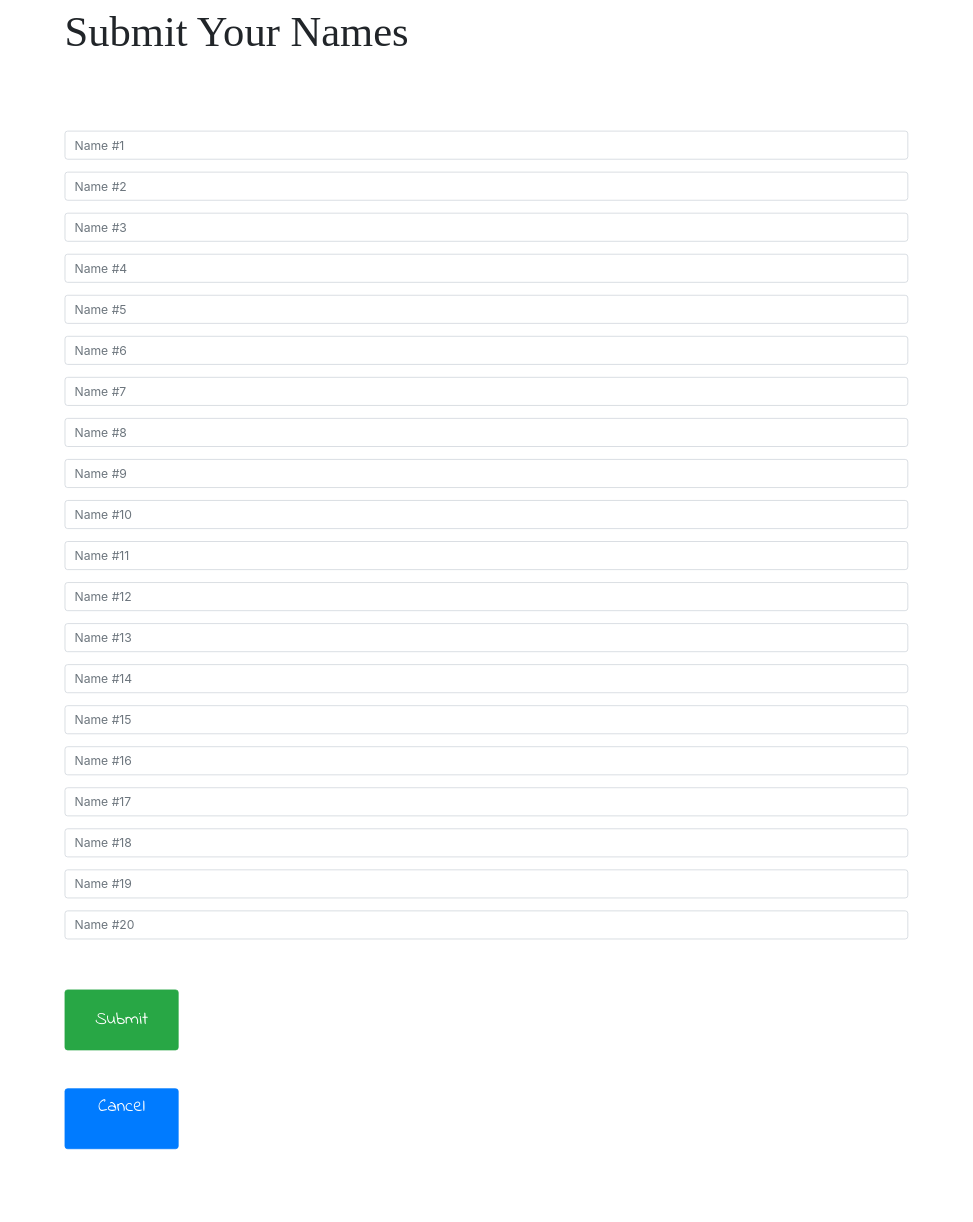
Repository: TaylorD1982/randomizer
Page: submit.html
The author's editor kept a record of every edit. The page is drawn from the files as they stood at one moment, then again after the next edit.
The browser window is 1280 px wide. The pictures show the whole page, at 76% of full size.
Some web fonts or font styles are not loaded; a fallback is used. Some web libraries are served in a nearby version.

Above is the page before.
Console error: ReferenceError: emailjs is not defined

After the next edit:
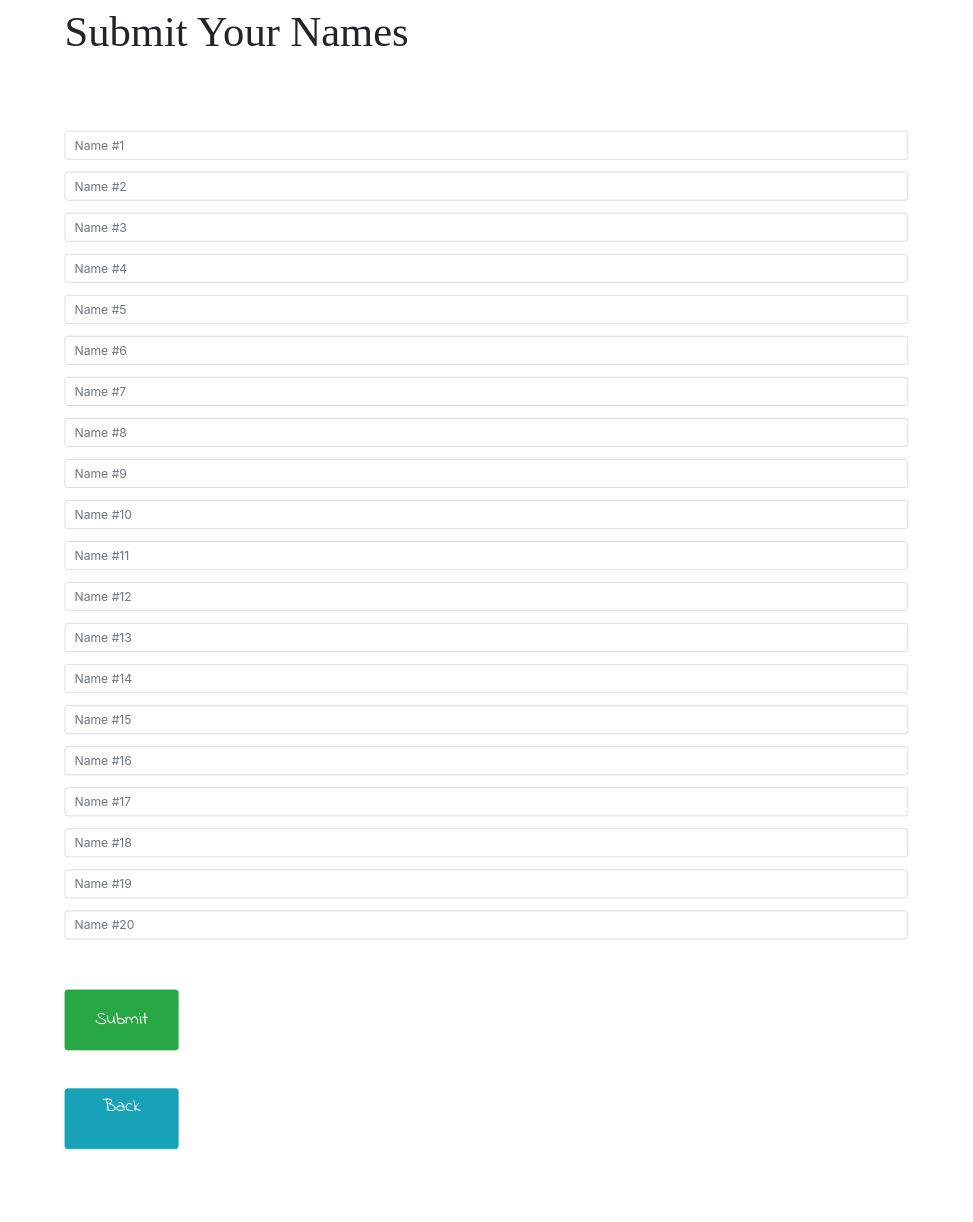
The edit:
--- a/submit.html
+++ b/submit.html
@@ -95,8 +95,8 @@
                     </div>
                     <button type="submit" class="btn btn-success">Submit</button>
                     <br>
-                    <a href="submit.html" class="btn btn-primary">
-                      Cancel
+                    <a href="submit.html" class="btn btn-info">
+                      Back
                     </a>
                     <br>
                     <br>
